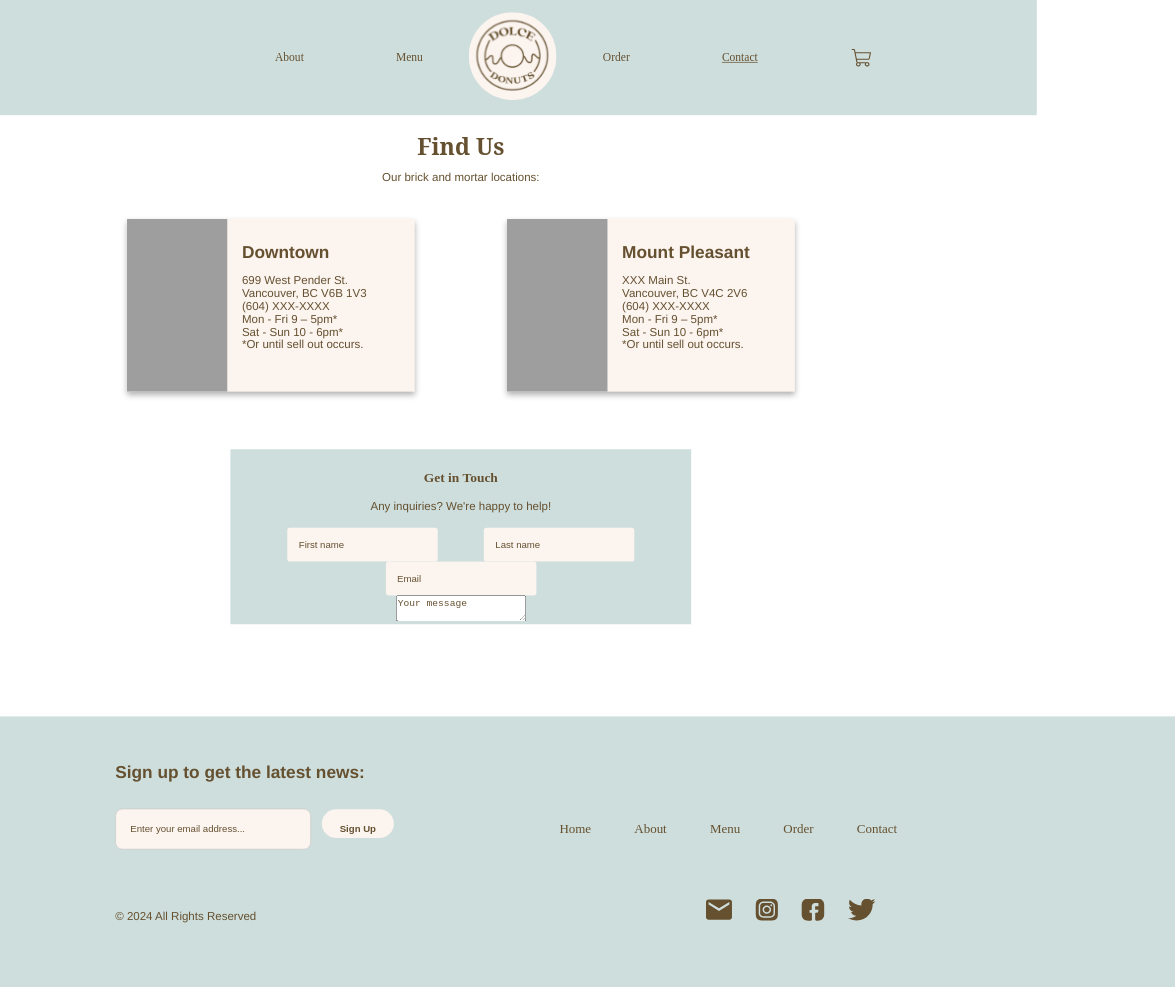
Repository: Crystalhtc/dolcedonuts
Page: /contact
An editor plug-in stored every save of this project. The page is shown before and after the next save, followed by the edit.
The browser window is 1280 px wide. The page is 1632 px wide, so the pictures cover 1632 px, including what lies to the right of the window. The pictures show the whole page, at 72% of full size.
Pictures or frames that could not be fetched are drawn as grey boxes. The project was rebuilt for these pictures with package versions that can differ from the ones it lists, and the page was loaded fresh each time. Also part of the build but not shown: vite.config.js, src/pages/Home.module.css, src/pages/Home.jsx, src/components/ProductCard/ProductCard.jsx, src/Data/products.js, src/pages/Order.css, src/pages/Menu.jsx, src/pages/Order.jsx and 13 more.

Above is the page before, as saved 2024-10-20 15:23:03.

After the next save:
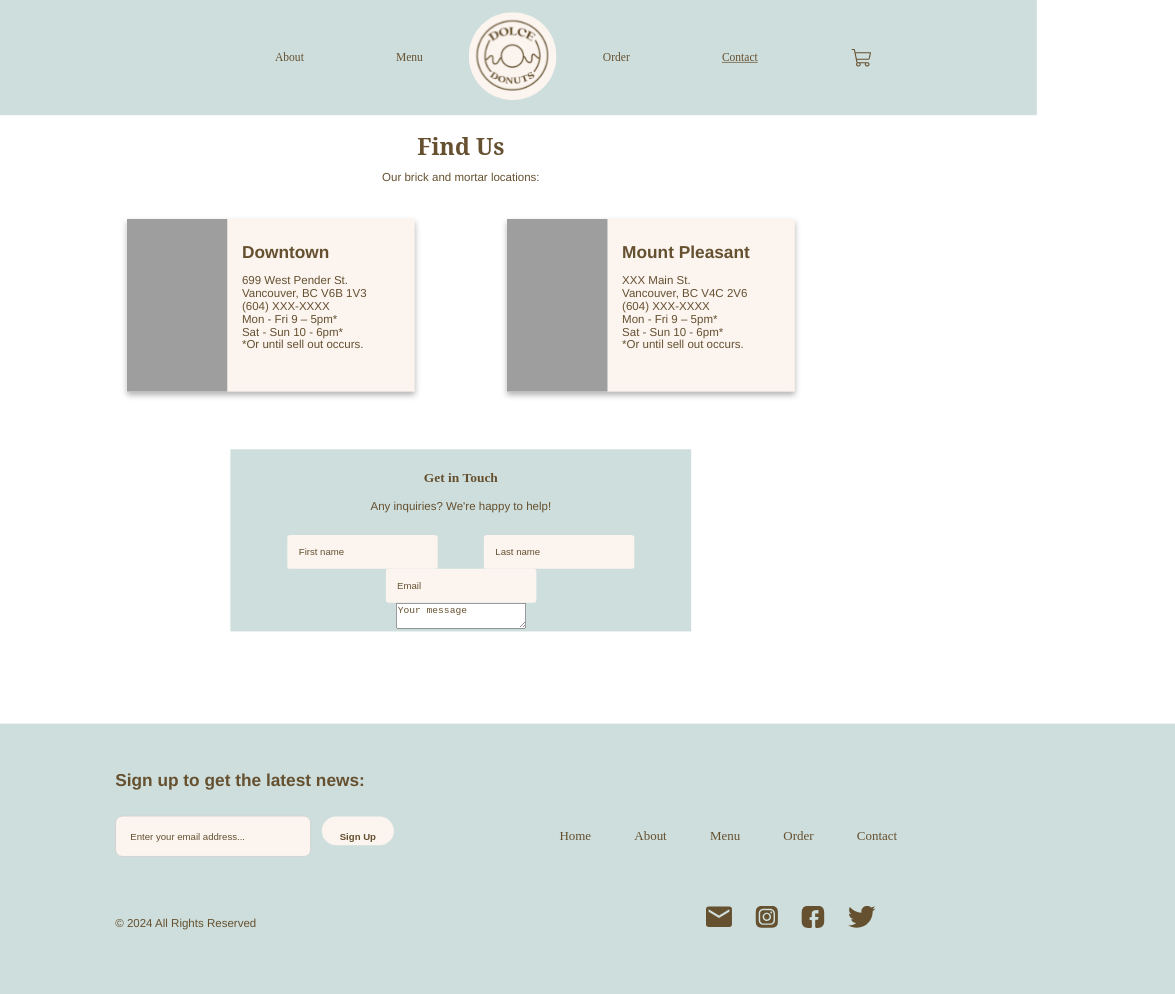
Saved 6 s later.
--- a/src/components/ContactUsForm/ContactForm.module.css
+++ b/src/components/ContactUsForm/ContactForm.module.css
@@ -14,7 +14,7 @@
     display: flex;
     justify-content: center;
     gap: 10%;
-    padding-top: 5px;
+    padding-top: 15px;
 }
 
 form {
